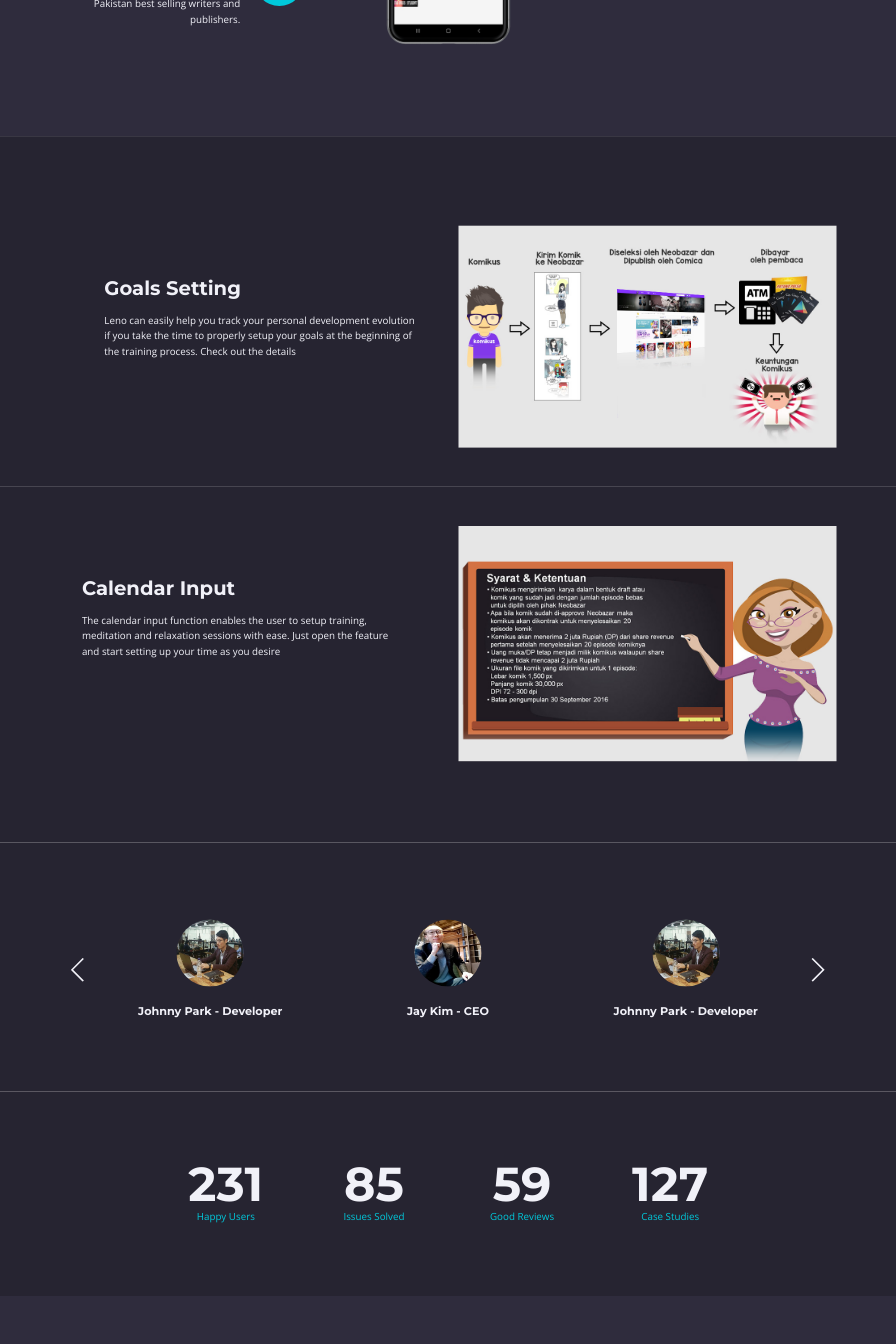
Repository: blackhat97/Homepage
Page: index.html
The author's editor kept a copy of each file at every save. The page is drawn from the files as they stood at one save, then again after a run of saves.
The browser window is 1280 px wide. The pictures show the part of the page from y = 1569 to 3489 px (the page is 3978 px tall before and 3966 px after), at 70% of full size.

Above is the page before, as saved 2020-04-03 12:27:28.

After the next 2 saves:
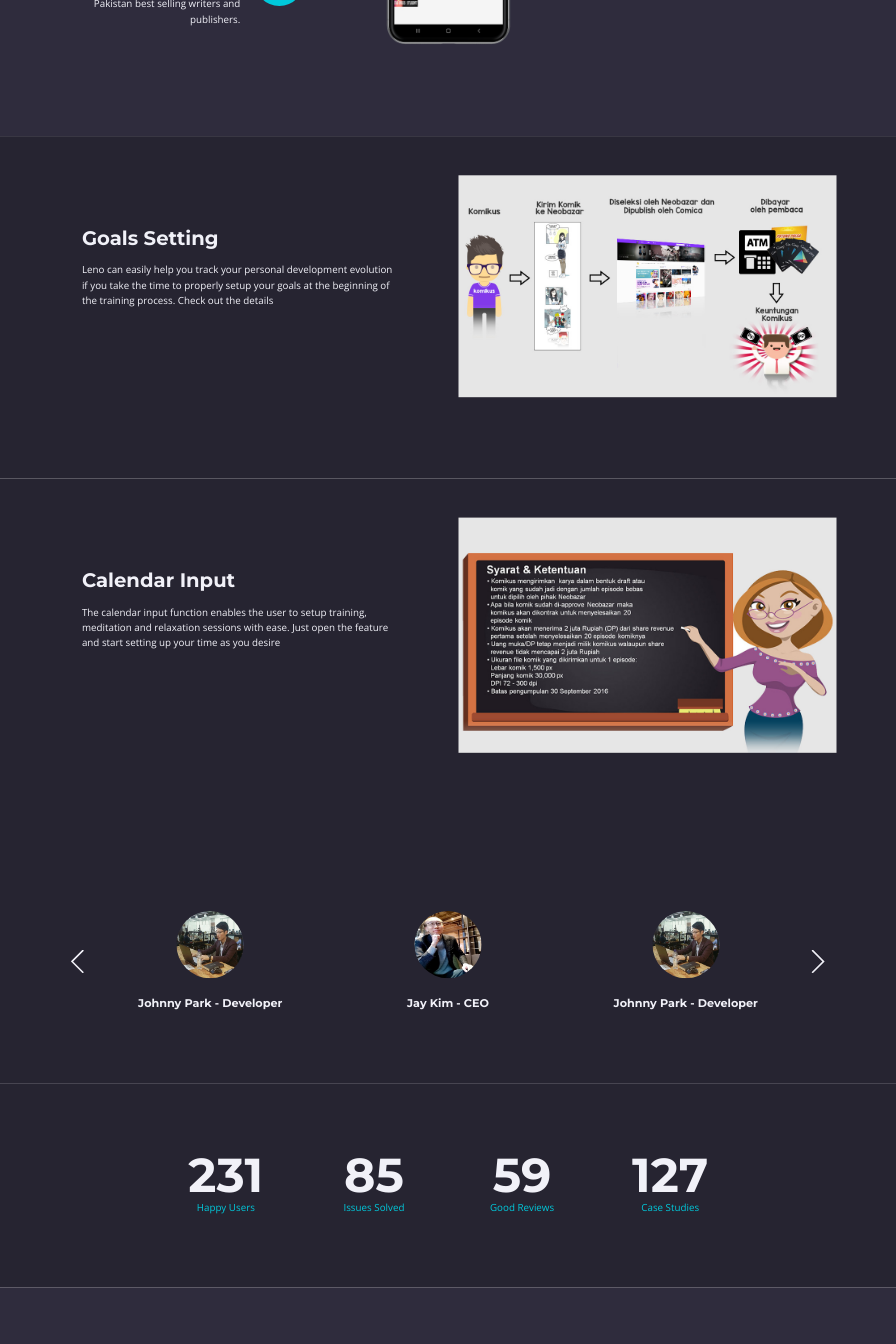
The 2 saves are shown as one change because they came seconds apart.
The last was saved 24 s later.
--- a/index.html
+++ b/index.html
@@ -217,7 +217,7 @@
     <!-- end of features -->
 
     <!-- Details -->
-    <div id="details" class="basic-2">
+    <div id="details" class="basic-3">
         <div class="container">
             <div class="row">
                 <div class="col-lg-6">
